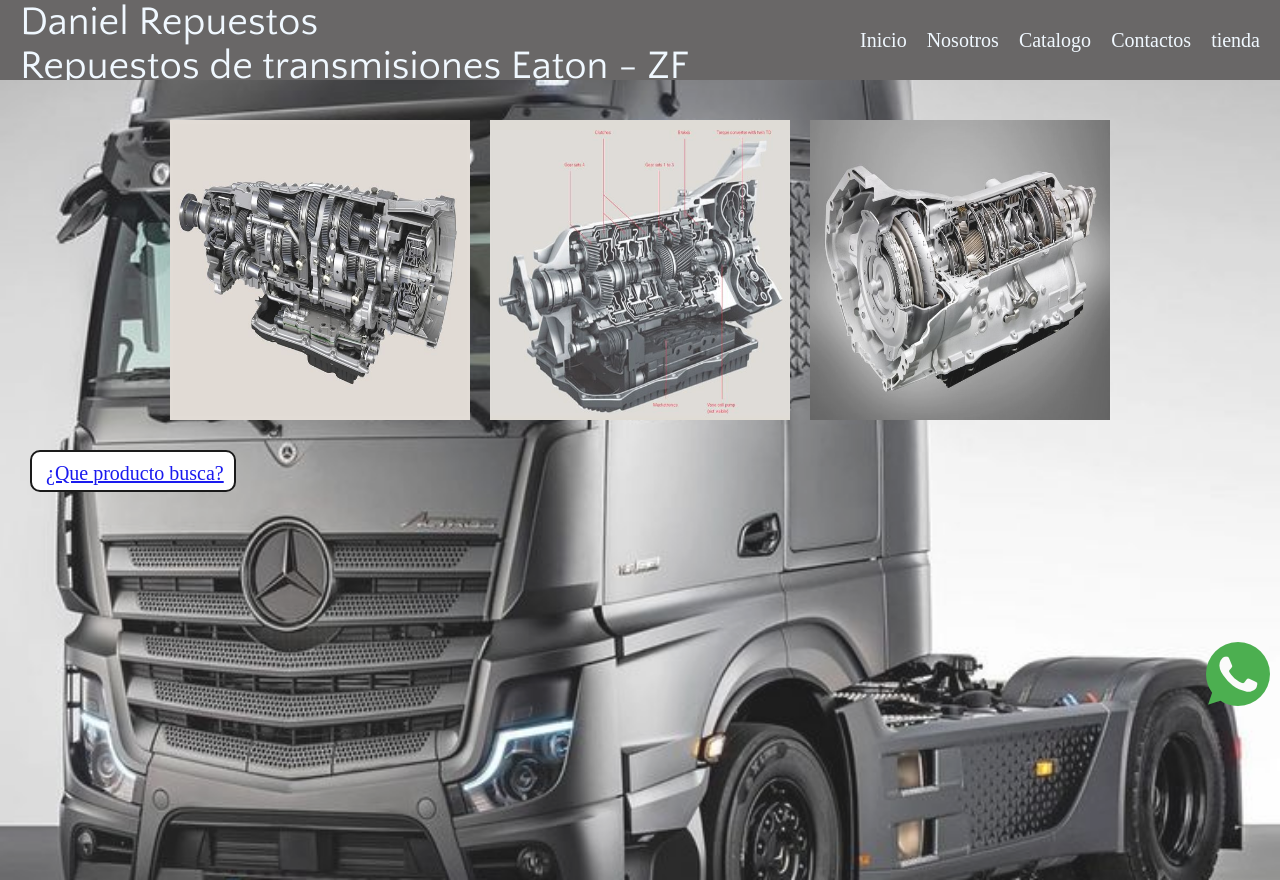
Repository: minesterani/proyecto-caja
Page: pages/tienda.html
The author's editor kept a copy of each file at every save. The page is drawn from the files as they stood at one save, then again after the next save.
The browser window is 1280 px wide. The pictures show the whole page.

Above is the page before, as saved 2024-09-30 10:35:08.

### pages/tienda.html
<!DOCTYPE html>
<html lang="en">
<head>
    <meta charset="UTF-8">
    <meta name="viewport" content="width=device-width, initial-scale=1.0">
    <title>Document</title>
    <link rel="preconnect" href="https://fonts.googleapis.com">
<link rel="preconnect" href="https://fonts.gstatic.com" crossorigin>
<link href="https://fonts.googleapis.com/css2?family=Quattrocento+Sans:ital,wght@0,400;0,700;1,400;1,700&display=swap" rel="stylesheet">
    <link rel="stylesheet" href="../css/style.css">
</head>
<body>
   <header class="header-tienda">
    <h1>Daniel Repuestos
    <p>Repuestos de transmisiones Eaton - ZF</p>
    </h1>
    <nav>
        <ul class="navtienda">
            <li><a href="../index.html">Inicio</a></li>
            <li><a href="./nosotros.html">Nosotros</a></li>
            <li><a href="./catalogo.html">Catalogo</a></li>
                <li><a href="./contactos.html">Contactos</a></li>
            <li><a href="#">tienda</a></li>
        </ul>
    </nav>

   </header>
   <main>
    <section class="section-tienda">
        <div class="contenedor-tienda">
            <img src="../assets/img/caja 2.jpg" alt="caja 2" style="width: 300px; height: 300px;">
            <img src="../assets/img/caja.jpg" alt="caja 3" style="width: 300px; height: 300px;">
            <img src="../assets/img/Transmisiones de toyota.jpeg" alt="transmicion" style="width: 300px; height: 300px;">
        </div>
        <a href="#" class="boton">¿Que producto busca?</a>
    </section>

   </main>
   <footer>
    <a class="whatsapp-tienda"href="https://wa.me/3416513963" target="_blank">
        <img src="../assets/img/whatsapp.png" alt="">
    </a>
   </footer>
</body>
</html>

### css/style.css
/* Estilo global */
* {
    margin: 0;
    padding: 0;
    box-sizing: border-box;
}

h1 {
    background-color: rgb(105, 103, 103);
    width: 100%;
    height: 80px;
    font-size: 40px;
    color: aliceblue;
    font-family: "Quattrocento Sans", sans-serif;
    font-weight: 400;
    font-style: normal;
}

/* Header */
.header-index, .header-tienda, .header-catalogo, .header-contactos, .header-nosotros {
    display: flex;
    width: 100%;
    flex-direction: row;
    background-color: rgb(105, 103, 103);
    justify-content: space-between;
    align-items: center;
    padding: 0px 20px;
    position: sticky;
    top: 0;
}

/* Navegación */
.navBar, .navtienda, .nav-catalogo, .nav-Contactos, .navNos {
    display: flex;
    list-style-type: none;
    gap: 20px;
}

.navBar li a, .navtienda li a, .nav-catalogo li a, .nav-Contactos li a, .navNos li a {
    text-decoration: none;
    color: aliceblue;
    font-size: 20px;
}

/* Sección Principal */
.section-principal {
    background-color: lightblue;
    width: 100%;
    height: 25rem;
    background-image: url("../assets/img/mercedes gris.jpeg");
    background-position: center;
    background-size: cover;
    background-repeat: no-repeat;
}

/* Botón */
.boton {
    background-color: white;
    font-size: 1.25rem;
    padding: 10px 10px 5px 14px;
    border-width: 2px;
    border-style: solid;
    border-color: black;
    border-radius: 10px;
    position: fixed;
    margin: 10px;
}
.grid {
    display: grid;
    grid-template-columns: repeat(8, 1fr); /* 8 columnas iguales */
    gap: 10px; /* Espacio entre las imágenes */
    width: 100%;
    padding: 0;
    margin: 0;
}

.grid img {
    width: 100%;
    height: 200px; /* Ajusta la altura según sea necesario */
    object-fit: cover; /* Las imágenes se ajustarán sin deformarse */
}

/* Sección de Contactos */
.section-contactos, .section-tienda, .section-catalogos, .section-nosotros {
    background-color: lightblue;
    width: 100%;
    height: 25rem;
    background-image: url("../assets/img/mercedes gris.jpeg");
    background-position: center;
    background-size: cover;
    background-repeat: no-repeat;
    opacity: 0.3;
}

.section-nosotros {
    position: relative;
    padding: 50px;
    background-image: url("../assets/img/mercedes\ gris.jpeg");
    background-size: cover;
    background-position: center;
    background-repeat: no-repeat;
    opacity: 0.7;
    color: white;
    font-family: "Quattrocento Sans", sans-serif;
    height: auto;
}

.container-nosotros {
    display: flex;
    justify-content: space-between;
    align-items: flex-start;
    max-width: 1200px;
    margin: 0 auto;
    overflow: hidden;
}

.texto-nosotros {
    width: 55%;
    padding: 20px;
    background-color: rgba(0, 0, 0, 0.5);
    border-radius: 10px;
    color: white;
    overflow: hidden;
}

.texto-nosotros h2 {
    margin-bottom: 20px;
    font-size: 2.5rem;
}

.texto-nosotros p {
    margin-bottom: 15px;
    font-size: 1.2rem;
    line-height: 1.6;
}

.imagenes-nosotros {
    width: 40%;
    display: flex;
    flex-direction: column;
    gap: 10px;
    align-items: flex-start;
}

.imagenes-nosotros img {
    width: 100%;
    height: auto;
    max-width: 300px;
    border-radius: 10px;
    object-fit: cover;
    overflow: hidden;

}
.section-tienda {
    background-color: lightblue;
    width: 100%; /* Ajusta el ancho según sea necesario */
    height: 50rem; /* Aumenta la altura del contenedor */
    padding: 20px;
    background-image: url("../assets/img/mercedes gris.jpeg");
    background-position: center;
    background-size: cover;
    background-repeat: no-repeat;
    opacity: 0.9;
}

.contenedor-tienda {
    display: flex;
    flex-wrap: wrap;
    justify-content: center;
    gap: 20px; /* Espacio entre las fotos */
    padding: 20px;
}

/* Sección Contactos */
.section-contactos {
    background-color: lightblue;
    width: 100%;
    padding: 50px 20px;
    background-image: url("../assets/img/mercedes gris.jpeg");
    background-position: center;
    background-size: cover;
    background-repeat: no-repeat;
    opacity: 0.9; /* Aumenta la opacidad para mejor visibilidad */
    color: black;
    height: auto; /* Altura automática según contenido */
}

.container-contactos {
    display: flex;
    justify-content: space-between;
    align-items: flex-start;
    max-width: 1200px; /* Ancho máximo del contenedor */
    margin: 0 auto; /* Centra el contenedor horizontalmente */
    gap: 20px; /* Espacio entre el mapa y los datos */
}

.mapa {
    flex: 1;
}

.mapa iframe {
    width: 100%;
    height: 400px; /* Ajusta la altura según lo necesites */
    border: none;
}

.datos-empresa {
    flex: 1;
    padding-left: 20px; /* Espacio a la izquierda de los datos */
    font-size: 1.25rem;
}

.datos-empresa h3 {
    margin-bottom: 15px;
    font-size: 2rem;
    font-weight: 700;
}

.datos-empresa p {
    margin-bottom: 15px;
    font-size: 1.5rem;
    line-height: 1.6;
}

/* Footer */
.footer-content {
    background-color: #f4f4f4;
    padding: 20px;
    margin-top: 0;
    clear: both;
}

.columns {
    display: flex;
    justify-content: space-between;
    align-items: flex-start;
    margin-bottom: 0;
    padding: 20px 0;
}

.left-column, .right-column {
    width: 48%;
}

.left-column iframe {
    width: 100%;
    height: 300px;
    border: 0;
}

.right-column {
    padding-left: 20px;
    text-align: center;
    padding-top: 20px;
}

.right-column h3, .right-column p {
    margin: 10px 0;
}

.footer-bottom {
    text-align: center;
    padding: 10px 0;
    border-top: 1px solid #ccc;
}

.footer-bottom p {
    margin: 5px 0;
}

/* Estilos específicos para WhatsApp */
.whatsapp, .whatsapp-contactos, .whatsapp-tienda, .whatsapp-nosotros, .whatsapp-catalogo {
    position: fixed;
    bottom: 10px;
    right: 10px;
}

/* Media Queries */
@media(max-width: 1024px) {
    .header-index, .header-tienda {
        justify-content: space-around;
    }
}

@media(max-width: 768px) {
    h1 {
        background-color: rgba(197, 193, 193, 0.555);
        height: 80px;
        font-size: 40px;
        padding: 10px;
    }

    .header-index, .header-tienda, .header-catalogo, .header-contactos, .header-nosotros {
        flex-direction: column;
        background-color: gray;
        font-size: 30px;
        padding: 10px;
        align-items: center;
        justify-content: center;
        gap: 30px;
    }

    .navBar, .navtienda, .nav-catalogo, .nav-Contactos, .navNos {
        padding-bottom: .875rem;
    }

    .navBar li a, .navtienda li a, .nav-catalogo li a, .nav-Contactos li a, .navNos li a {
        font-size: 1.5rem;
    }

    .section-principal, .section-tienda, .section-catalogos, .section-contactos, .section-nosotros {
        background-image: url("../assets/img/caja 2.jpg");
        background-size: 100% 100%;
    }

    .container-nosotros {
        flex-direction: column;
        align-items: center;
    }

    .imagenes-nosotros {
        width: 100%;
        display: flex;
        justify-content: center;
        flex-direction: column;
        gap: 15px;
    }

    .imagenes-nosotros img {
        max-height: 300px;
    }

    .texto-nosotros {
        width: 100%;
        text-align: center;
    }
    .mapa, .datos-empresa {
        width: 100%;
        padding: 0;
    }

    .datos-empresa {
        padding-left: 0;
        margin-top: 20px;
        text-align: center;
        font-size: 1.2rem; /* Mantiene el tamaño de fuente aumentado */
    }

}

@media(max-width: 425px) {
    .navBar, .navtienda, .nav-catalogo, .nav-Contactos, .navNos {
        flex-direction: column;
    }

    .grid {
        grid-template-columns: 1fr;
        grid-auto-rows: 200px;
        grid-template-areas:
            "img1"
            "img2"
            "img3"
            "img4"
            "img5"
            "img6"
            "img7"
            "img8";
    }

    .grid img {
        width: 100%;
        height: auto;
        object-fit: cover;
    }

    .columns {
        flex-direction: column;
        align-items: center;
    }

    .left-column, .right-column {
        width: 100%;
        padding: 0;
    }

    .right-column {
        padding-top: 20px;
    }
}

After the next save:
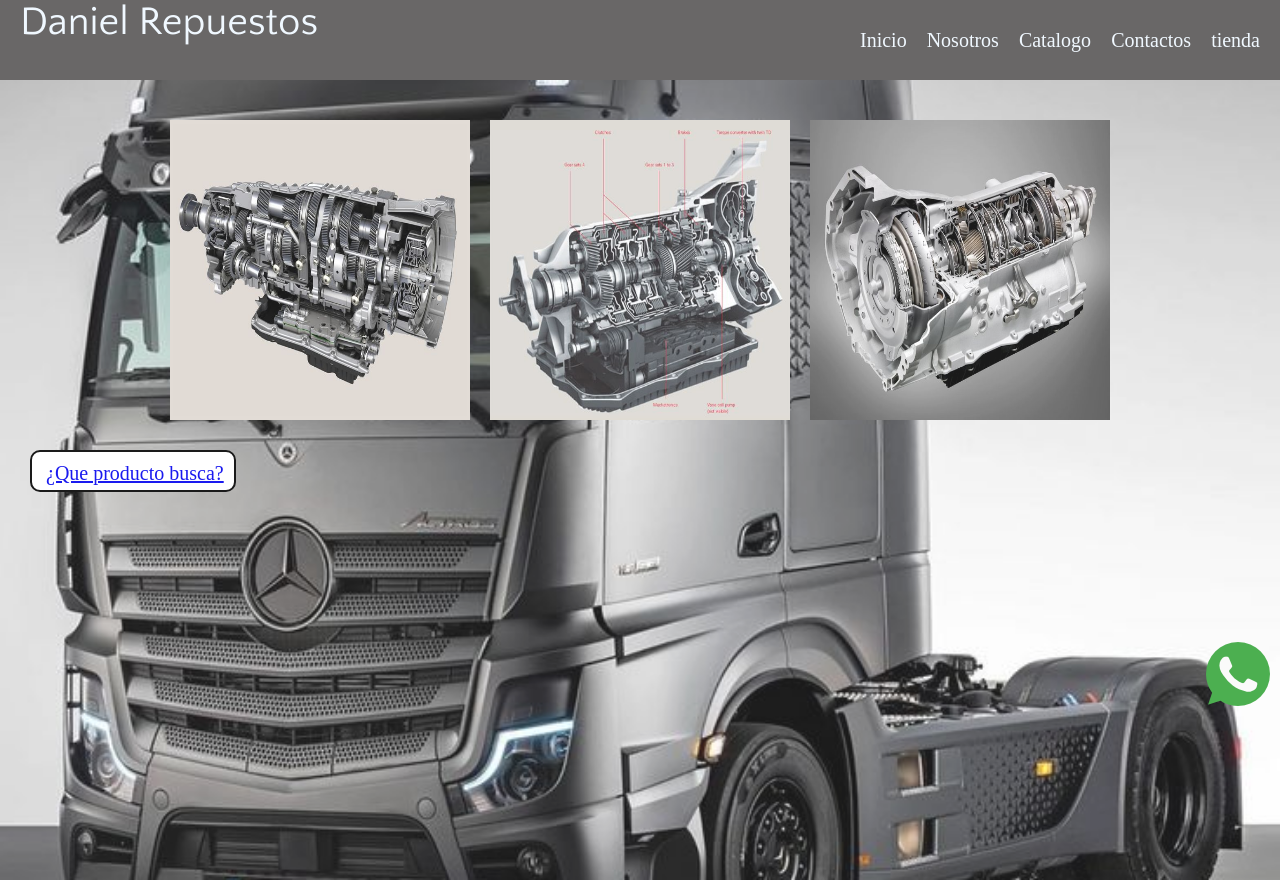
Saved 3 min 30 s later.
--- a/pages/tienda.html
+++ b/pages/tienda.html
@@ -11,9 +11,7 @@
 </head>
 <body>
    <header class="header-tienda">
-    <h1>Daniel Repuestos
-    <p>Repuestos de transmisiones Eaton - ZF</p>
-    </h1>
+    <h1>Daniel Repuestos</h1>
     <nav>
         <ul class="navtienda">
             <li><a href="../index.html">Inicio</a></li>
